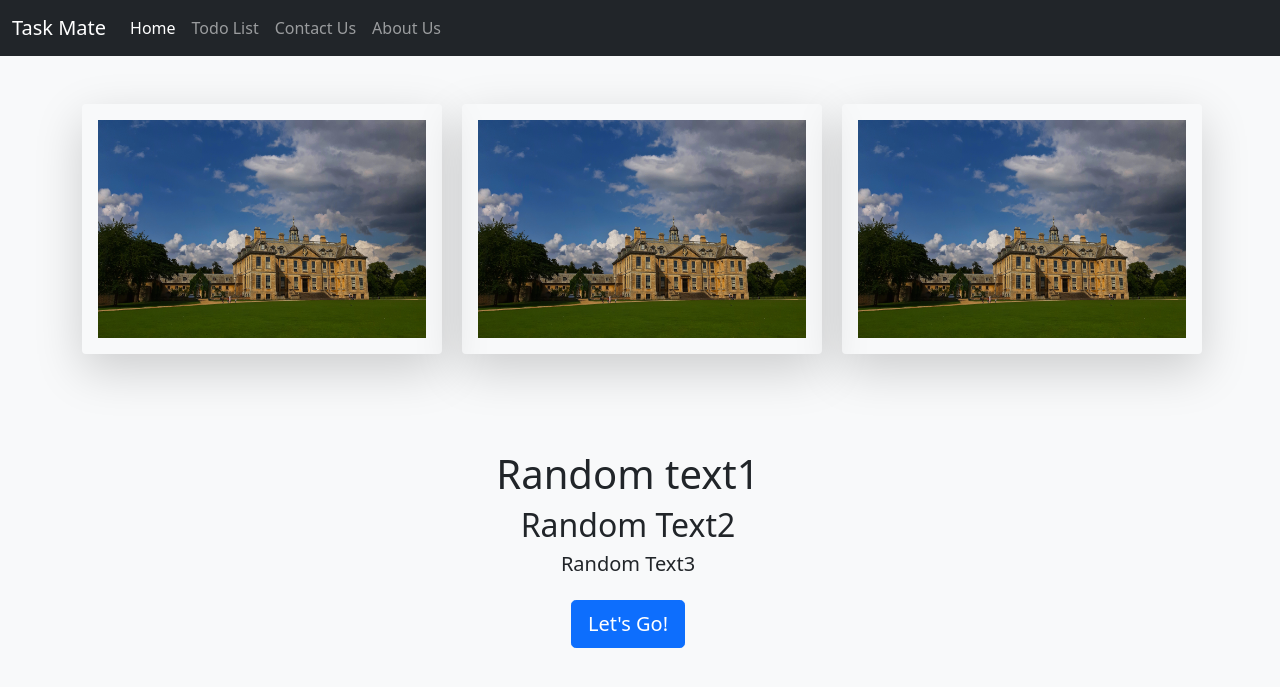
Repository: itathagata/Registration_System
Page: http://localhost/
These files come from the project's save history. The page is drawn as it stood at one moment and after the next save; the edit follows.
The browser window is 1280 px wide. The pictures show the whole page.
The page is served by the project's application, run on Django 2.2 (manage.py).

Above is the page before, as saved 2021-06-05 12:21:09.

After the next save:
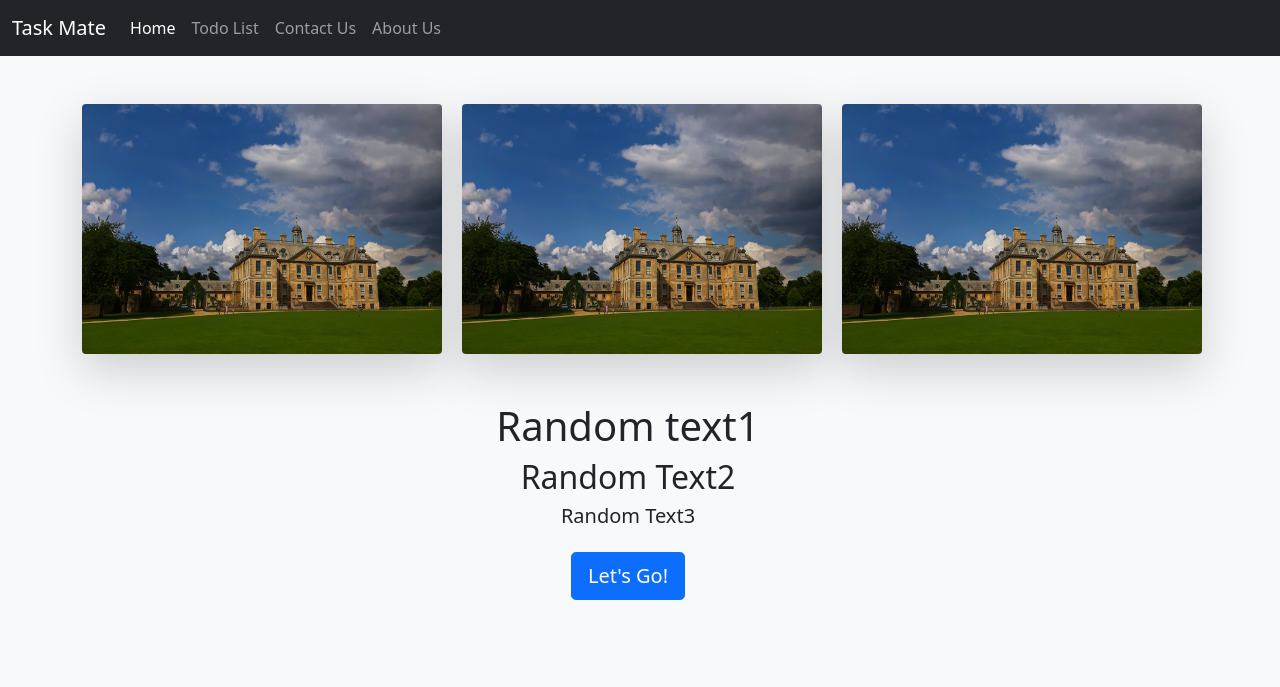
Saved 24 s later.
--- a/todolist_app/templates/index.html
+++ b/todolist_app/templates/index.html
@@ -8,13 +8,13 @@
     <div class="container">
         <div class="row mt-5">
             <div class="col-lg-4">
-                <img src="{% static 'images/background.jpg'%}" class="rounded-lg shadow-lg p-3 mb-5 rounded" alt="Background" width="360"height="250">
+                <img src="{% static 'images/background.jpg'%}" class="rounded-lg shadow-lg rounded" alt="Background" width="360"height="250">
             </div>
             <div class="col-lg-4">
-                <img src="{% static 'images/background.jpg'%}" class="rounded-lg shadow-lg p-3 mb-5 rounded" alt="Background" width="360"height="250">
+                <img src="{% static 'images/background.jpg'%}" class="rounded-lg shadow-lg rounded" alt="Background" width="360"height="250">
             </div>
             <div class="col-lg-4">
-                <img src="{% static 'images/background.jpg'%}" class="rounded-lg shadow-lg p-3 mb-5 rounded" alt="Background" width="360"height="250">
+                <img src="{% static 'images/background.jpg'%}" class="rounded-lg shadow-lg rounded" alt="Background" width="360"height="250">
             </div>
             <div class="row mt-5">
                 <div class="col-md-10 offset-md-1">
